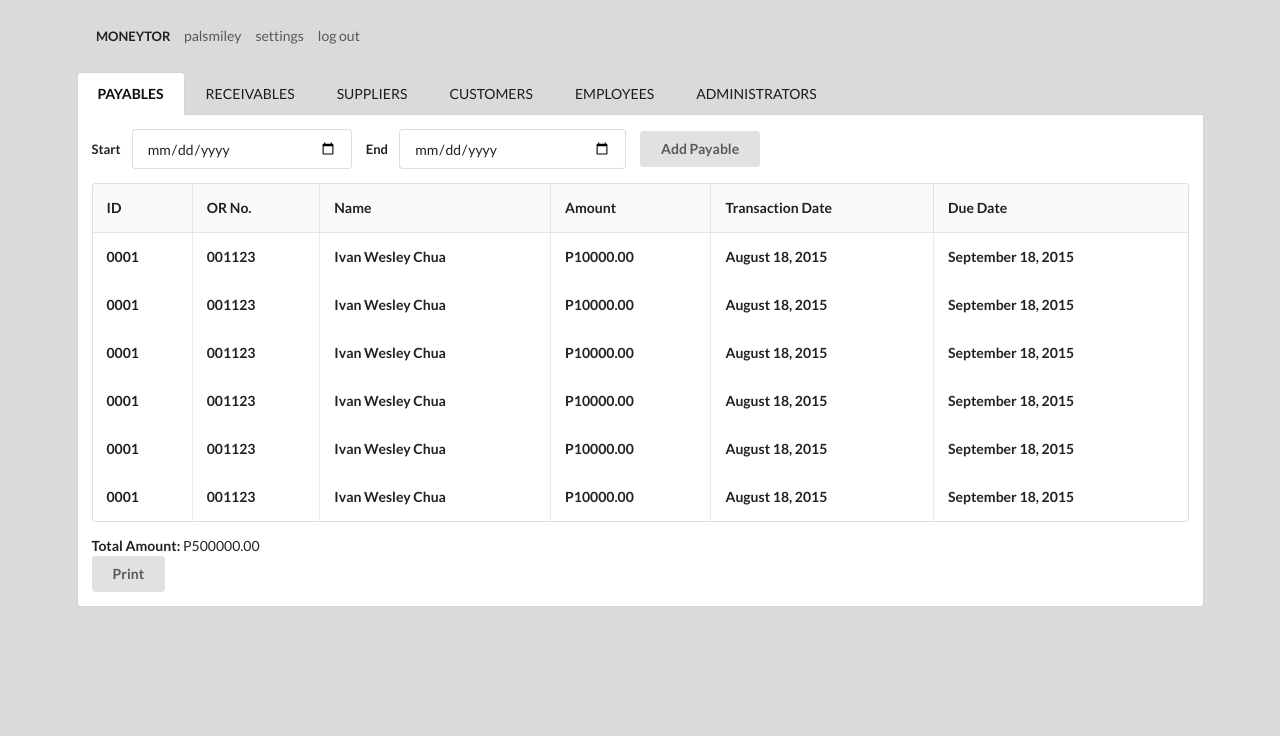
Repository: TV5/MoneyTor
Page: Workspace/MoneyTor/war/main.html
These files come from the project's save history. The page is drawn as it stood at one moment and after the next save; the edit follows.
The browser window is 1280 px wide. The pictures show the whole page.

Above is the page before, as saved 2015-08-18 10:09:25.

After the next save:
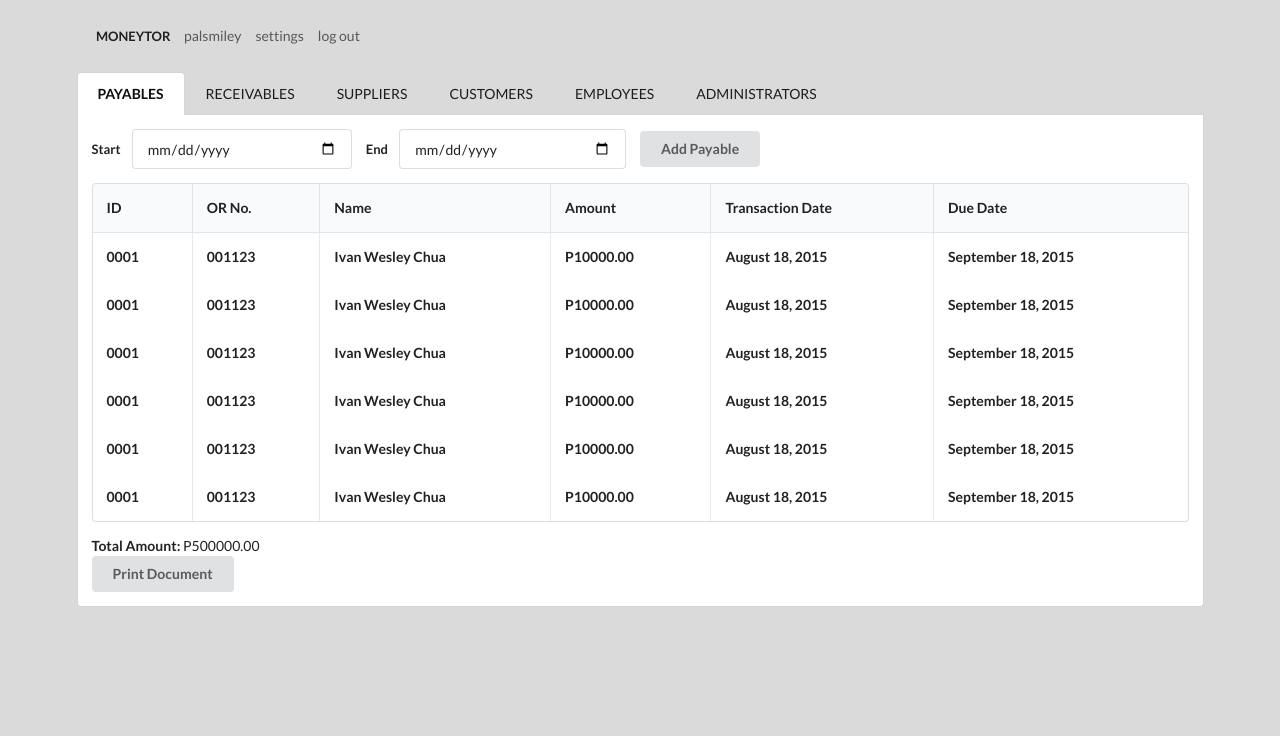
Saved 7 s later.
--- a/Workspace/MoneyTor/war/main.html
+++ b/Workspace/MoneyTor/war/main.html
@@ -169,7 +169,7 @@
 	  </tbody>
 	  </table>
 	<div class="ui bottom attached text"><b>Total Amount: </b> P500000.00</div>
-	<button class="ui button">Print</button>
+	<button class="ui button">Print Document</button>
 	</div>
 </div>
 

After the save that followed:
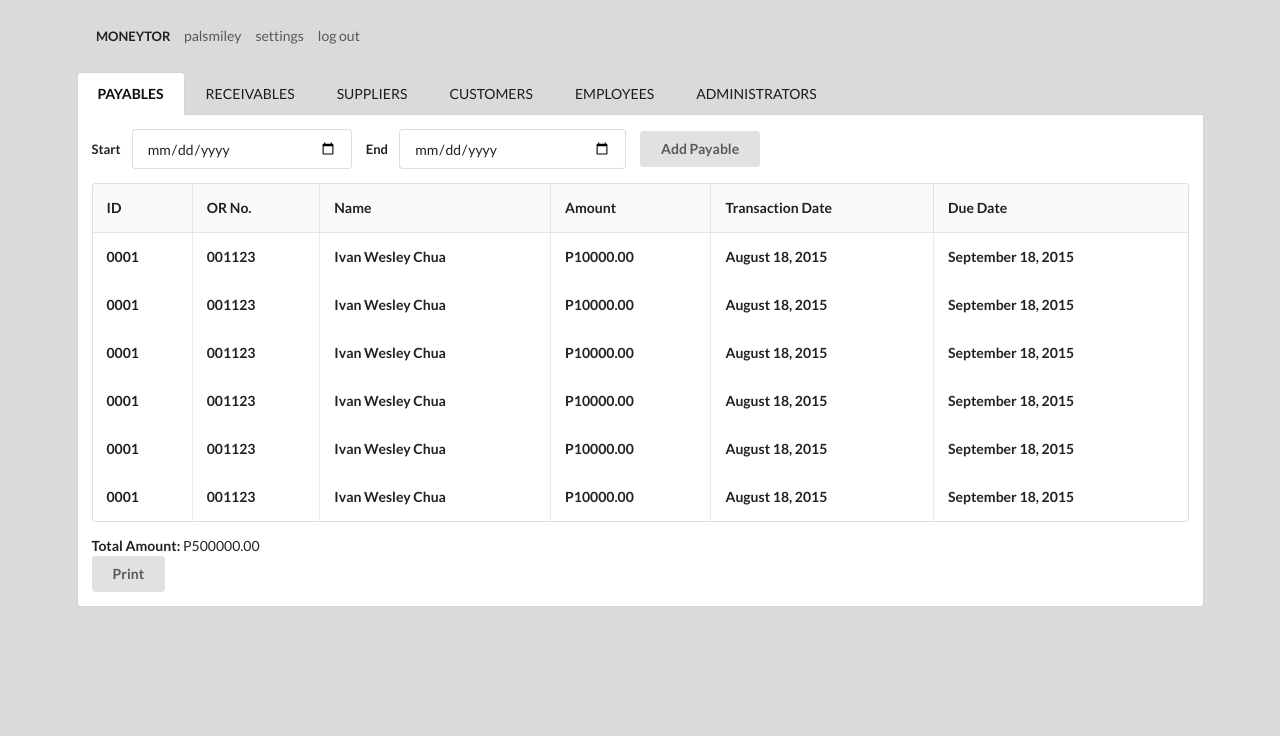
Saved 5 s later.
--- a/Workspace/MoneyTor/war/main.html
+++ b/Workspace/MoneyTor/war/main.html
@@ -169,7 +169,7 @@
 	  </tbody>
 	  </table>
 	<div class="ui bottom attached text"><b>Total Amount: </b> P500000.00</div>
-	<button class="ui button">Print Document</button>
+	<button class="ui button">Print</button>
 	</div>
 </div>
 
